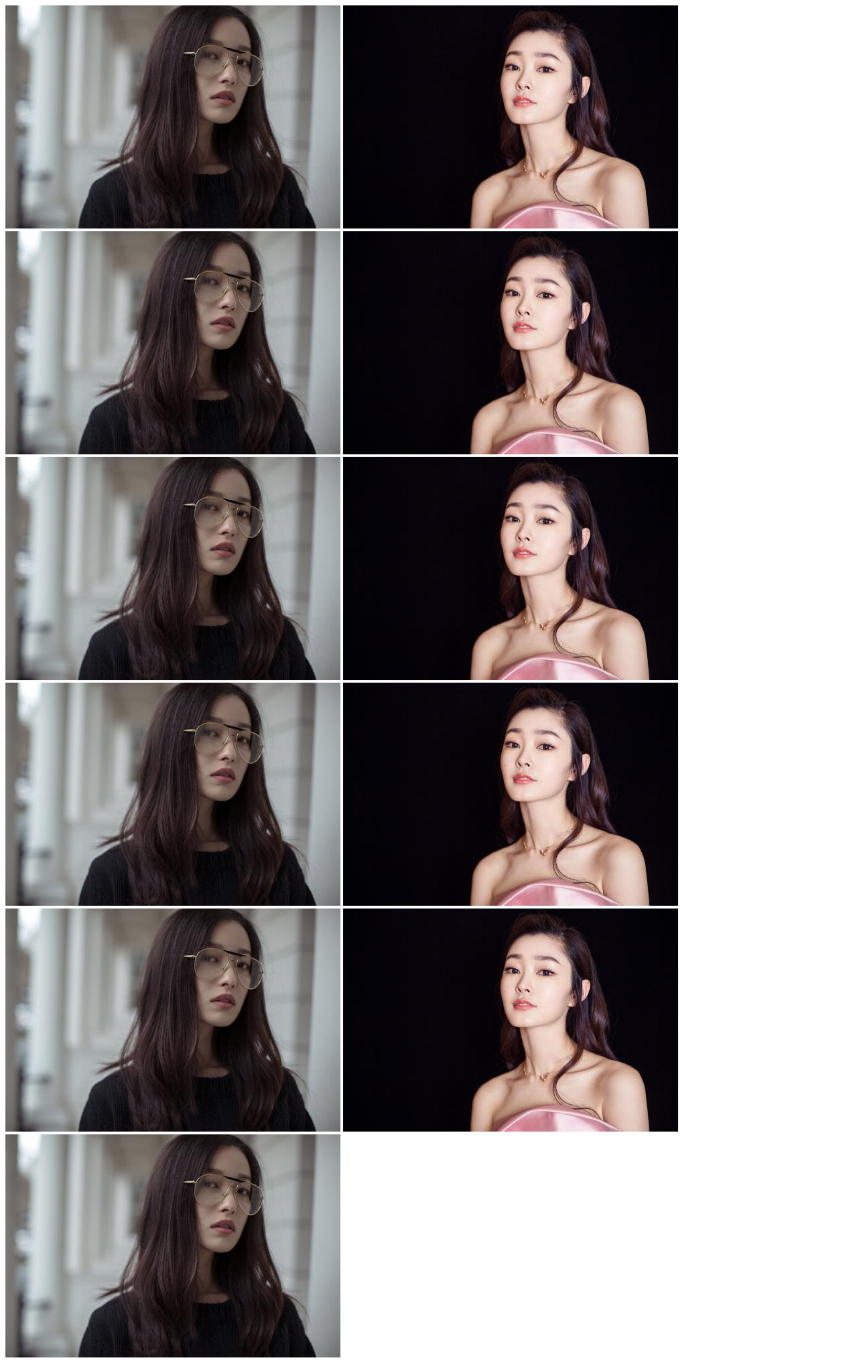
Repository: Germtao/Web
Page: web_css/css3_动画案例.html
These files come from the project's save history. The page is drawn as it stood at one moment and after the next save; the edit follows.
The browser window is 1280 px wide. The pictures show the whole page, at 67% of full size.

Above is the page before, as saved 2020-11-03 11:05:58.

### web_css/css3_动画案例.html
<!DOCTYPE html>
<html lang="en">

<head>
  <meta charset="UTF-8">
  <meta name="viewport" content="width=device-width, initial-scale=1.0">
  <title>CSS3-动画案例</title>

  <!-- 1. 🚀 -->
  <!-- <style>
    html,
    body {
      height: 100%;
    }

    body {
      background-color: #DE8910;
    }

    .rocket {
      position: absolute;
      left: 100px;
      top: 600px;
      height: 120px;
      transform: translate(-200px, 200px) rotate(45deg);
      transition: all 1s ease-in;
    }

    body:hover .rocket {
      transform: translate(500px, -500px) rotate(45deg);
    }
  </style> -->

  <!-- 2. 卡片旋转 -->
</head>

<body>
  <!-- 1. 🚀 -->
  <!-- <img class="rocket" src="img/rocket.png" alt=""> -->

  <!-- 2. 卡片旋转 -->
  <div class="box">
    <img src="img/倪妮.jpg" alt="">
    <img src="img/宋轶.jpeg" alt="">
    <img src="img/倪妮.jpg" alt="">
    <img src="img/宋轶.jpeg" alt="">
    <img src="img/倪妮.jpg" alt="">
    <img src="img/宋轶.jpeg" alt="">
    <img src="img/倪妮.jpg" alt="">
    <img src="img/宋轶.jpeg" alt="">
    <img src="img/倪妮.jpg" alt="">
    <img src="img/宋轶.jpeg" alt="">
    <img src="img/倪妮.jpg" alt="">
  </div>
</body>

</html>

After the next save:
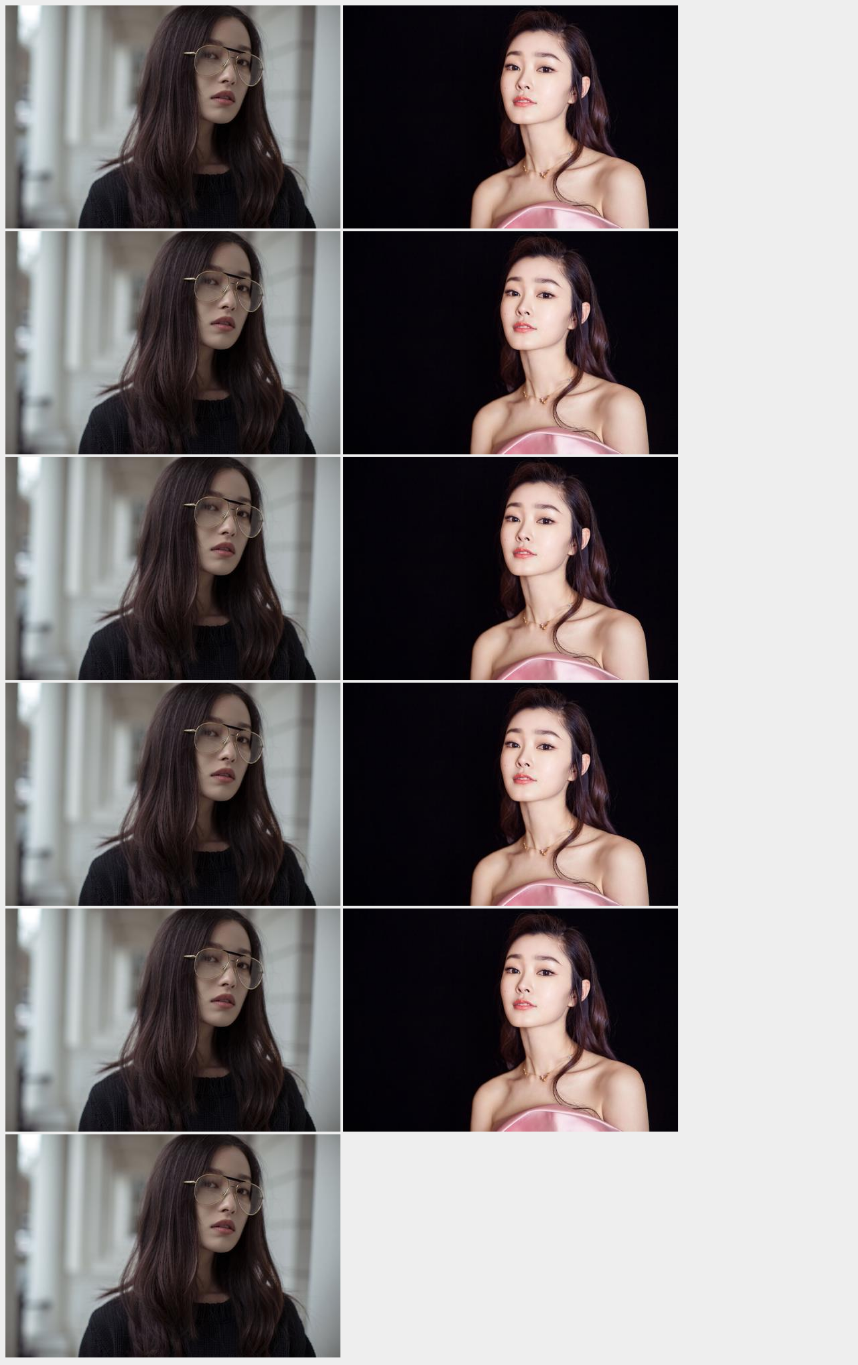
Saved 30 s later.
--- a/web_css/css3_动画案例.html
+++ b/web_css/css3_动画案例.html
@@ -32,6 +32,11 @@
   </style> -->
 
   <!-- 2. 卡片旋转 -->
+  <style>
+    body {
+      background-color: #eee;
+    }
+  </style>
 </head>
 
 <body>
